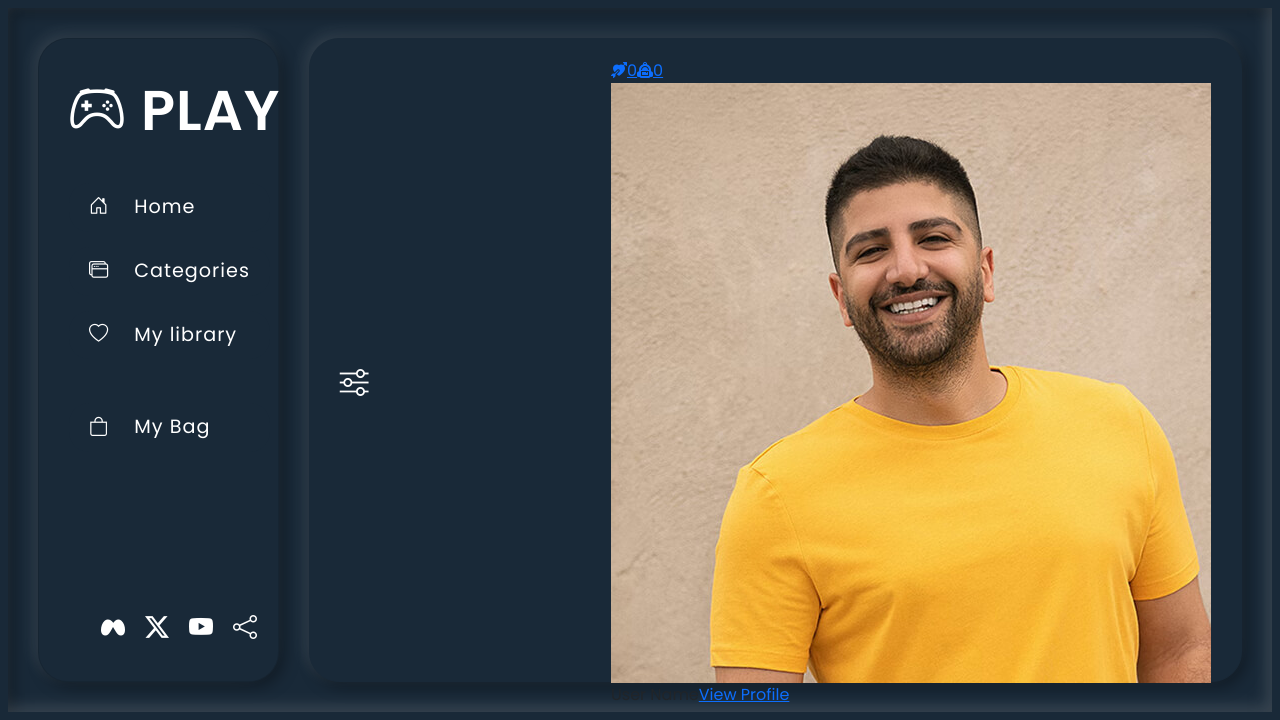
Repository: Ego-Wolf/Ecommerce-game-Reactjs
Page: /
The author's editor kept a copy of each file at every save. The page is drawn from the files as they stood at one save, then again after the next save.
The browser window is 1280 px wide. The pictures show the whole page.
The project was rebuilt for these pictures with package versions that can differ from the ones it lists, and the page was loaded fresh each time.

Above is the page before, as saved 2023-12-21 23:48:16.

After the next save:
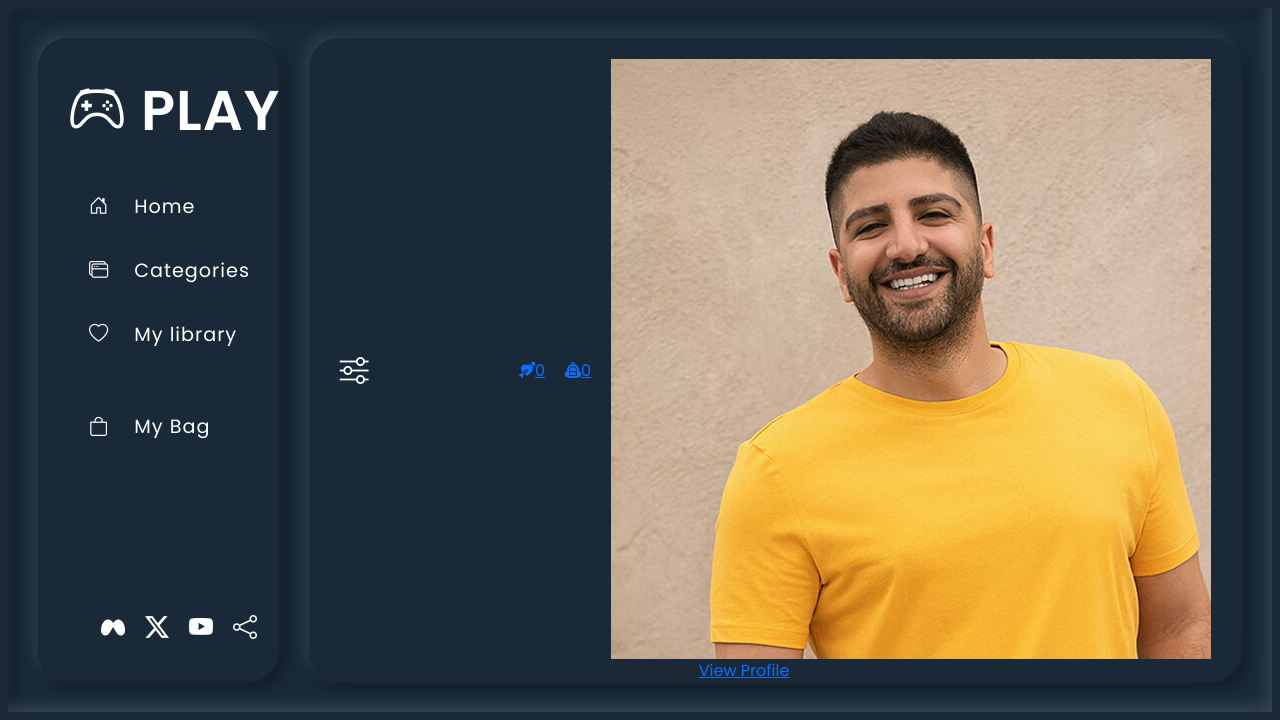
Saved 8 s later.
--- a/src/pages/Header.css
+++ b/src/pages/Header.css
@@ -14,3 +14,9 @@ header {
     font-size: 1.8rem;
     color: #ffffff;
 }
+
+.userItems {
+    display: inline-flex;
+    align-items: center;
+    gap: 20px;
+}
